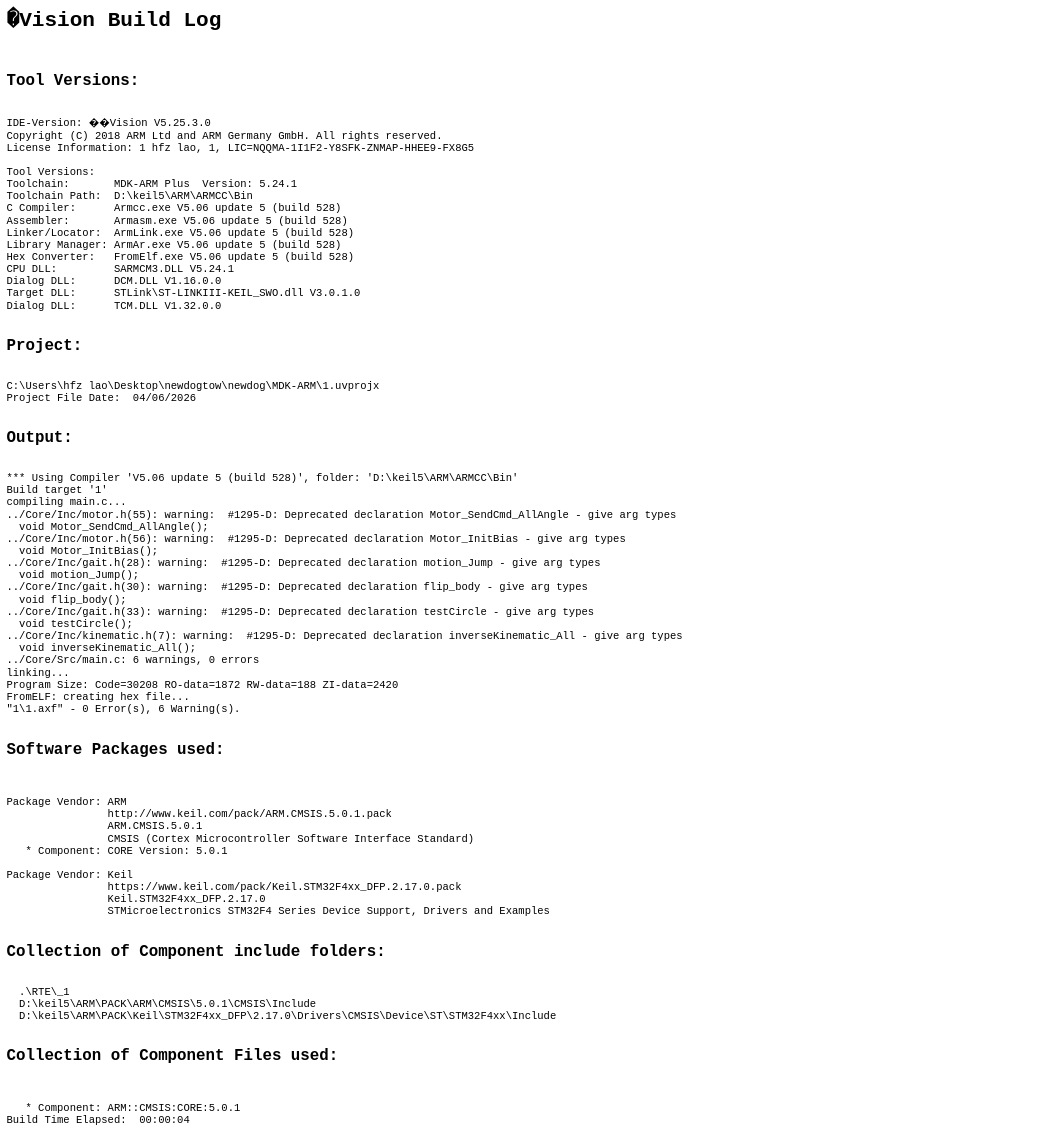
Repository: pear-pro/newdog
Page: MDK-ARM/1/1.build_log.htm
An editor plug-in stored every save of this project. The page is shown before and after the next save, followed by the edit.
The browser window is 1280 px wide. The pictures show the whole page, at 81% of full size.

Above is the page before, as saved 2026-04-07 11:27:43.

After the next save:
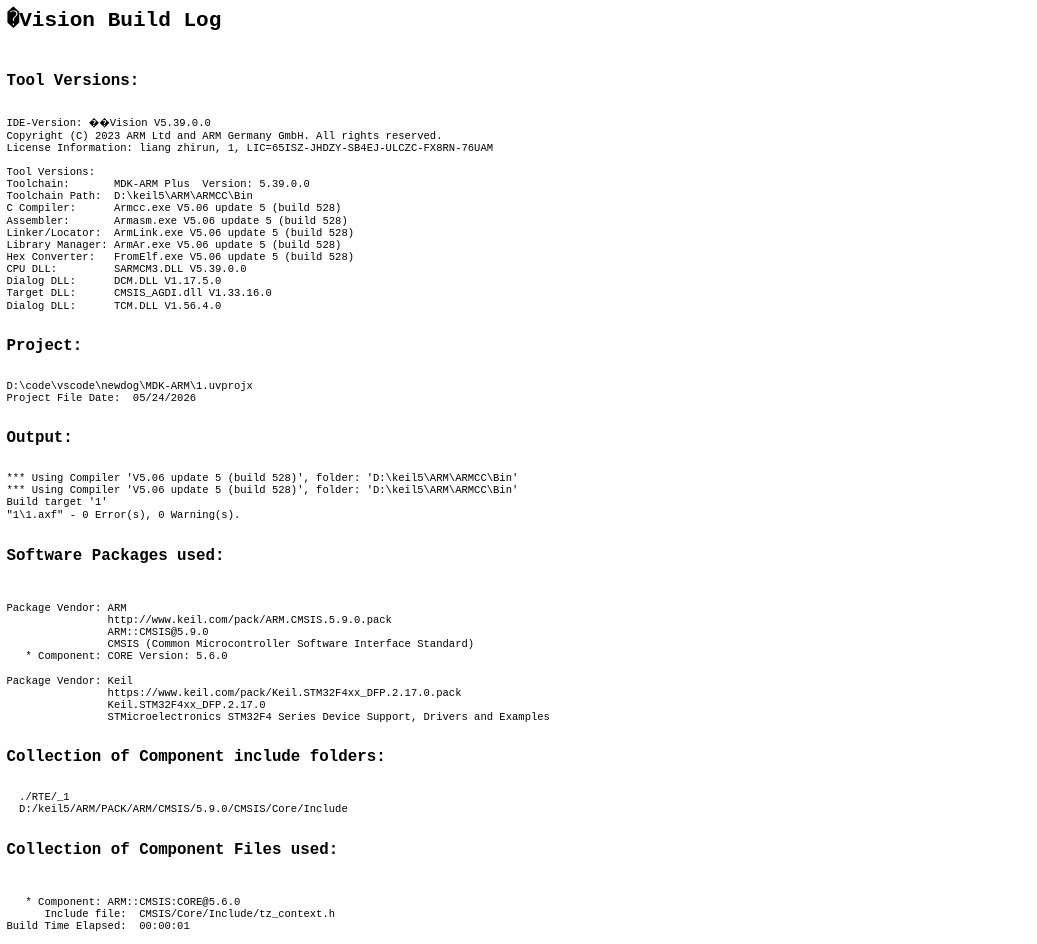
Saved 59 days later.
--- a/MDK-ARM/1/1.build_log.htm
+++ b/MDK-ARM/1/1.build_log.htm
@@ -3,56 +3,40 @@
 <pre>
 <h1>�Vision Build Log</h1>
 <h2>Tool Versions:</h2>
-IDE-Version: ��Vision V5.25.3.0
-Copyright (C) 2018 ARM Ltd and ARM Germany GmbH. All rights reserved.
-License Information: 1 hfz lao, 1, LIC=NQQMA-1I1F2-Y8SFK-ZNMAP-HHEE9-FX8G5
+IDE-Version: ��Vision V5.39.0.0
+Copyright (C) 2023 ARM Ltd and ARM Germany GmbH. All rights reserved.
+License Information: liang zhirun, 1, LIC=65ISZ-JHDZY-SB4EJ-ULCZC-FX8RN-76UAM
 
 Tool Versions:
-Toolchain:       MDK-ARM Plus  Version: 5.24.1
+Toolchain:       MDK-ARM Plus  Version: 5.39.0.0
 Toolchain Path:  D:\keil5\ARM\ARMCC\Bin
 C Compiler:      Armcc.exe V5.06 update 5 (build 528)
 Assembler:       Armasm.exe V5.06 update 5 (build 528)
 Linker/Locator:  ArmLink.exe V5.06 update 5 (build 528)
 Library Manager: ArmAr.exe V5.06 update 5 (build 528)
 Hex Converter:   FromElf.exe V5.06 update 5 (build 528)
-CPU DLL:         SARMCM3.DLL V5.24.1
-Dialog DLL:      DCM.DLL V1.16.0.0
-Target DLL:      STLink\ST-LINKIII-KEIL_SWO.dll V3.0.1.0
-Dialog DLL:      TCM.DLL V1.32.0.0
+CPU DLL:         SARMCM3.DLL V5.39.0.0
+Dialog DLL:      DCM.DLL V1.17.5.0
+Target DLL:      CMSIS_AGDI.dll V1.33.16.0
+Dialog DLL:      TCM.DLL V1.56.4.0
 
 <h2>Project:</h2>
-C:\Users\hfz lao\Desktop\newdogtow\newdog\MDK-ARM\1.uvprojx
-Project File Date:  04/06/2026
+D:\code\vscode\newdog\MDK-ARM\1.uvprojx
+Project File Date:  05/24/2026
 
 <h2>Output:</h2>
 *** Using Compiler 'V5.06 update 5 (build 528)', folder: 'D:\keil5\ARM\ARMCC\Bin'
+*** Using Compiler 'V5.06 update 5 (build 528)', folder: 'D:\keil5\ARM\ARMCC\Bin'
 Build target '1'
-compiling main.c...
-../Core/Inc/motor.h(55): warning:  #1295-D: Deprecated declaration Motor_SendCmd_AllAngle - give arg types
-  void Motor_SendCmd_AllAngle();
-../Core/Inc/motor.h(56): warning:  #1295-D: Deprecated declaration Motor_InitBias - give arg types
-  void Motor_InitBias();
-../Core/Inc/gait.h(28): warning:  #1295-D: Deprecated declaration motion_Jump - give arg types
-  void motion_Jump();
-../Core/Inc/gait.h(30): warning:  #1295-D: Deprecated declaration flip_body - give arg types
-  void flip_body();
-../Core/Inc/gait.h(33): warning:  #1295-D: Deprecated declaration testCircle - give arg types
-  void testCircle();
-../Core/Inc/kinematic.h(7): warning:  #1295-D: Deprecated declaration inverseKinematic_All - give arg types
-  void inverseKinematic_All();
-../Core/Src/main.c: 6 warnings, 0 errors
-linking...
-Program Size: Code=30208 RO-data=1872 RW-data=188 ZI-data=2420
-FromELF: creating hex file...
-"1\1.axf" - 0 Error(s), 6 Warning(s).
+"1\1.axf" - 0 Error(s), 0 Warning(s).
 
 <h2>Software Packages used:</h2>
 
 Package Vendor: ARM
-                http://www.keil.com/pack/ARM.CMSIS.5.0.1.pack
-                ARM.CMSIS.5.0.1
-                CMSIS (Cortex Microcontroller Software Interface Standard)
-   * Component: CORE Version: 5.0.1
+                http://www.keil.com/pack/ARM.CMSIS.5.9.0.pack
+                ARM::CMSIS@5.9.0
+                CMSIS (Common Microcontroller Software Interface Standard)
+   * Component: CORE Version: 5.6.0
 
 Package Vendor: Keil
                 https://www.keil.com/pack/Keil.STM32F4xx_DFP.2.17.0.pack
@@ -60,14 +44,14 @@
                 STMicroelectronics STM32F4 Series Device Support, Drivers and Examples
 
 <h2>Collection of Component include folders:</h2>
-  .\RTE\_1
-  D:\keil5\ARM\PACK\ARM\CMSIS\5.0.1\CMSIS\Include
-  D:\keil5\ARM\PACK\Keil\STM32F4xx_DFP\2.17.0\Drivers\CMSIS\Device\ST\STM32F4xx\Include
+  ./RTE/_1
+  D:/keil5/ARM/PACK/ARM/CMSIS/5.9.0/CMSIS/Core/Include
 
 <h2>Collection of Component Files used:</h2>
 
-   * Component: ARM::CMSIS:CORE:5.0.1
-Build Time Elapsed:  00:00:04
+   * Component: ARM::CMSIS:CORE@5.6.0
+      Include file:  CMSIS/Core/Include/tz_context.h
+Build Time Elapsed:  00:00:01
 </pre>
 </body>
 </html>
